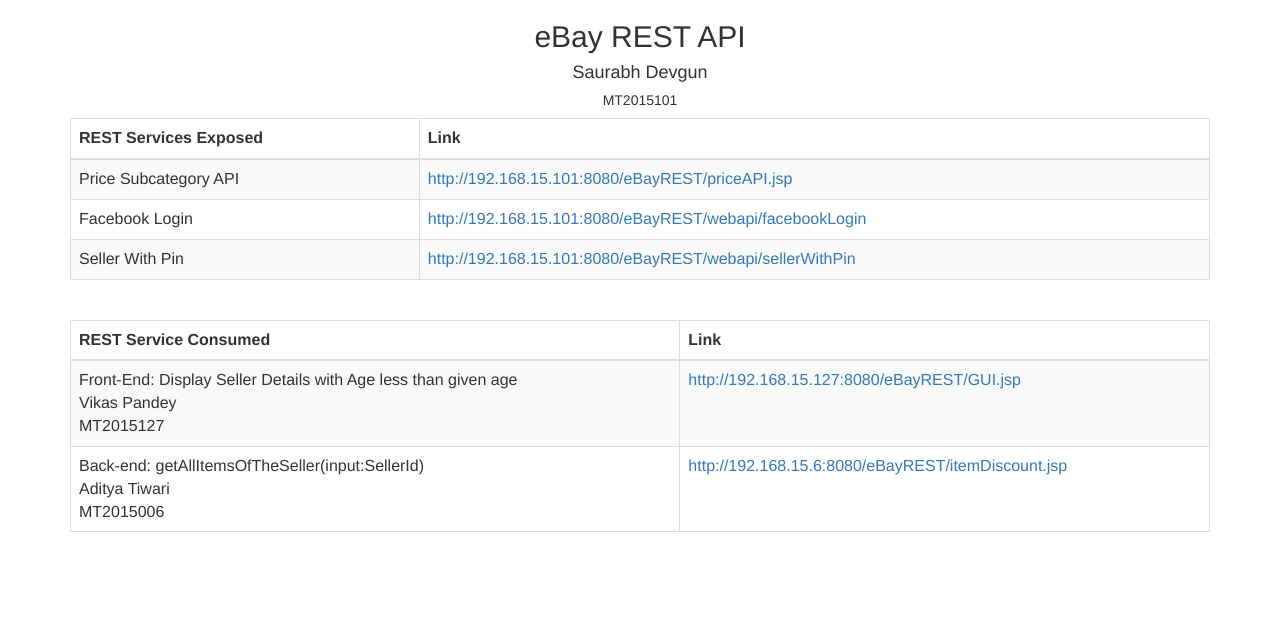
Repository: saurabh-devgun-iiitb/RESTProject
Page: http://localhost/eBayREST/
These files come from the project's save history. The page is drawn as it stood at one moment and after the next save; the edit follows.
The browser window is 1280 px wide. The pictures show the whole page.
The page is served by Tomcat 9. Other server files are loaded and not shown.

Above is the page before, as saved 2016-07-23 05:32:00.

### eBayREST/WebContent/index.jsp
<html>
<head>
  <meta name="viewport" content="width=device-width, initial-scale=1">
  <link rel="stylesheet" href="http://maxcdn.bootstrapcdn.com/bootstrap/3.3.6/css/bootstrap.min.css">
  <script src="https://ajax.googleapis.com/ajax/libs/jquery/1.12.4/jquery.min.js"></script>
  <script src="http://maxcdn.bootstrapcdn.com/bootstrap/3.3.6/js/bootstrap.min.js"></script>
</head>
<body>
	<div align="center">
	    <h2>eBay REST API</h2>
	    <h4>Saurabh Devgun</h4>
	    <h5>MT2015101</h5>
    </div>
    <div class = "container">
    <table class="table table-hover table-striped table-bordered">
      <thead>
        <tr>
          <th>REST Services Exposed</th>
          <th>Link</th>
        </tr>
      </thead>
      <tbody>
        <tr>
          <td>Price Subcategory API</td>
          <td><a href="priceAPI.jsp">http://192.168.15.101:8080/eBayREST/priceAPI.jsp</a></td>
        </tr>
        <tr>
          <td>Facebook Login</td>
          <td><a href="loginThroughFacebook.jsp">http://192.168.15.101:8080/eBayREST/webapi/facebookLogin</a></td>
        </tr>
        <tr>
          <td>Seller With Pin</td>
          <td><a href="sellerWithPin.jsp">http://192.168.15.101:8080/eBayREST/webapi/sellerWithPin</a></td>
        </tr>
      </tbody>
    </table>
    </div>
    <br>
    <div class="container">
    	<table class="table table-hover table-striped table-bordered">
      <thead>
        <tr>
          <th>REST Service Consumed</th>
          <th>Link</th>
        </tr>
      </thead>
      <tbody>
        <tr>
          <td>Front-End: Display Seller Details with Age less than given age<br>Vikas Pandey<br>MT2015127</td>
          <td><a href="http://192.168.15.127:8080/eBayREST/GUI.jsp">http://192.168.15.127:8080/eBayREST/GUI.jsp</a></td>
        </tr>
        <tr>
          <td>Back-end: getAllItemsOfTheSeller(input:SellerId)<br>Aditya Tiwari<br>MT2015006</td>
          <td><a href="http://192.168.15.6:8080/eBayREST/itemDiscount.jsp">http://192.168.15.6:8080/eBayREST/itemDiscount.jsp</a></td>
        </tr>
      </tbody>
    </table>
    </div>
    <!--
    <p><a href="priceAPI.jsp">Price API</a></p>
    <p><a href="loginThroughFacebook.jsp">Login through Facebook</a></p>
    <p><a href="sellerWithPin.jsp">Get Sellers In City with pin</a></p>
    -->
</body>
</html>

After the next save:
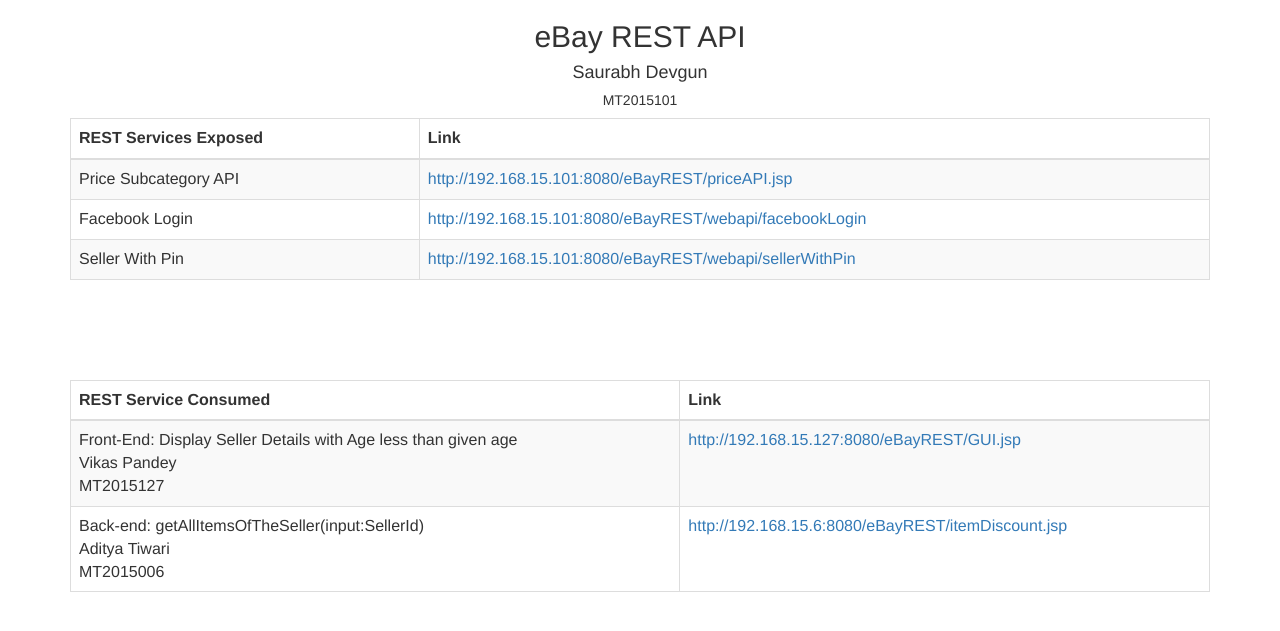
Saved 3 min 7 s later.
--- a/eBayREST/WebContent/index.jsp
+++ b/eBayREST/WebContent/index.jsp
@@ -35,7 +35,7 @@
       </tbody>
     </table>
     </div>
-    <br>
+    <br><br><br><br>
     <div class="container">
     	<table class="table table-hover table-striped table-bordered">
       <thead>
